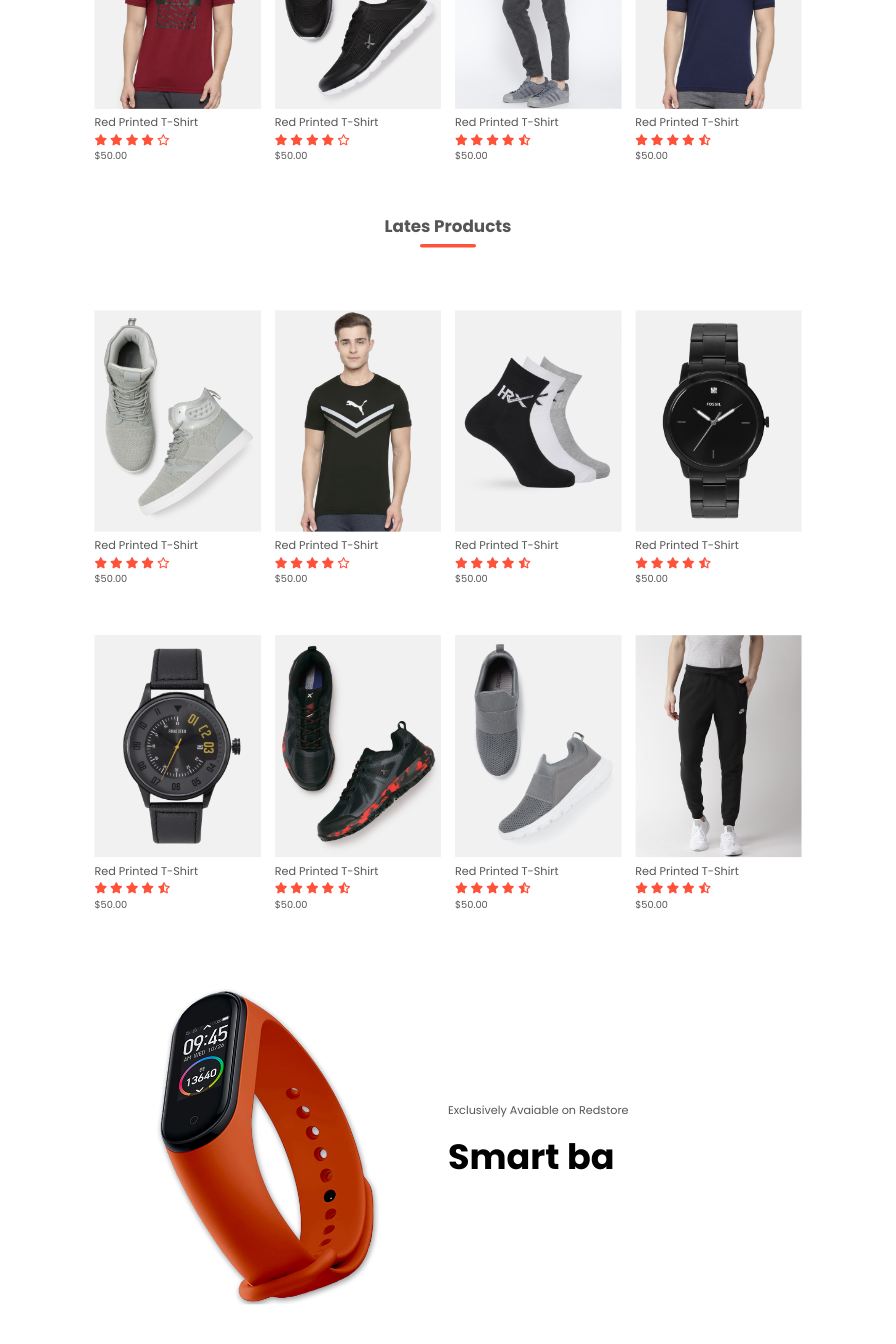
Repository: datvu1608/redsportstore
Page: index.html
An editor plug-in stored every save of this project. The page is shown before and after the next save, followed by the edit.
The browser window is 1280 px wide. The pictures show the part of the page from y = 1619 to 3539 px (the page is 3539 px tall), at 70% of full size.

Above is the page before, as saved 2023-11-22 23:49:59.

After the next save:
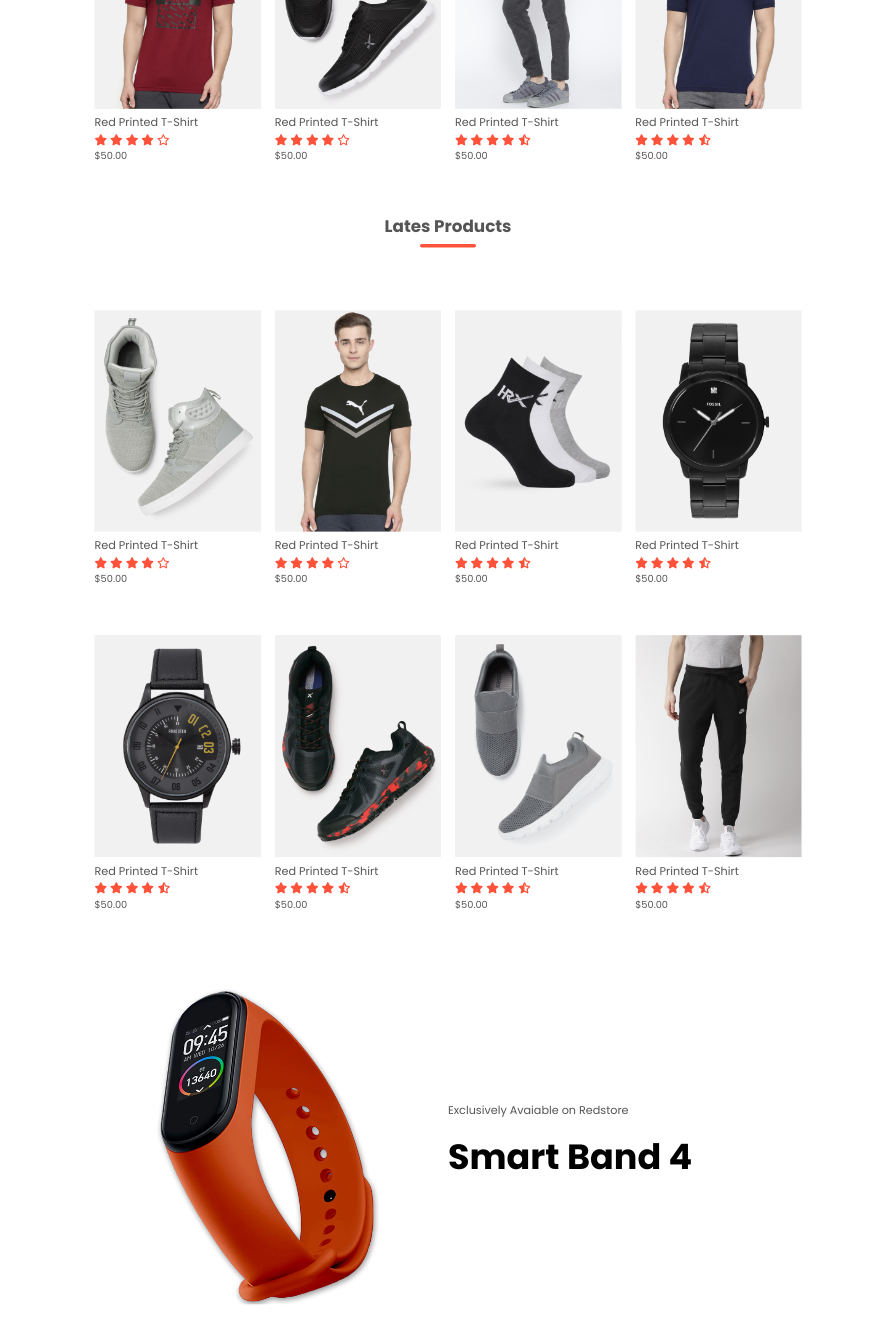
Saved 8 s later.
--- a/index.html
+++ b/index.html
@@ -240,7 +240,8 @@
           </div>
           <div class="col-2">
             <p>Exclusively Avaiable on Redstore</p>
-            <h1>Smart ba</h1>
+            <h1>Smart Band 4</h1>
+            <small></small>
           </div>
         </div>
       </div>
